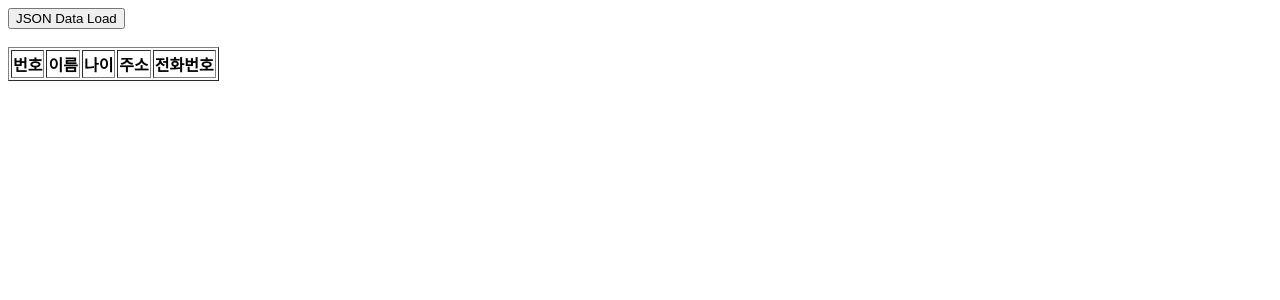
Repository: l3asic/TeamC
Page: 09.jQuery/WebContent/jq08.html
The author's editor kept a copy of each file at every save. The page is drawn from the files as they stood at one save, then again after the next save.
The browser window is 1280 px wide. The pictures show the whole page.
After loading, the first visible `#btn` was clicked once.

Above is the page before, as saved 2021-12-09 05:50:30.

After the next save:
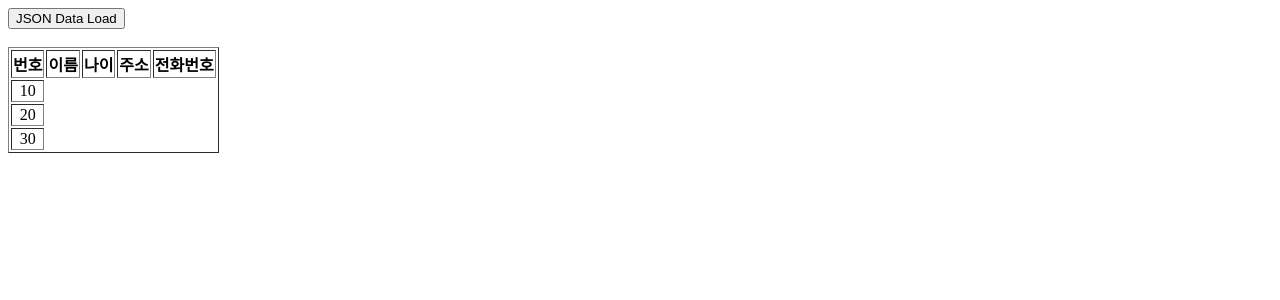
Saved 36 min 0 s later.
--- a/09.jQuery/WebContent/jq08.html
+++ b/09.jQuery/WebContent/jq08.html
@@ -13,8 +13,12 @@ $(document).ready(function(){
 			html += "<tr><th>번호</th><th>이름</th><th>나이</th>";
 			html += "<th>주소</th><th>전화번호</th></tr>";
 
+			$.each(data, function(key, value){
+				html += "<tr align='center'>";
+				html += "<td>" + value.num + "</td>";
 
-
+				html += "</tr>";
+			});	//each()
 
 			html += "</table>";
 			$("#display").html(html);
